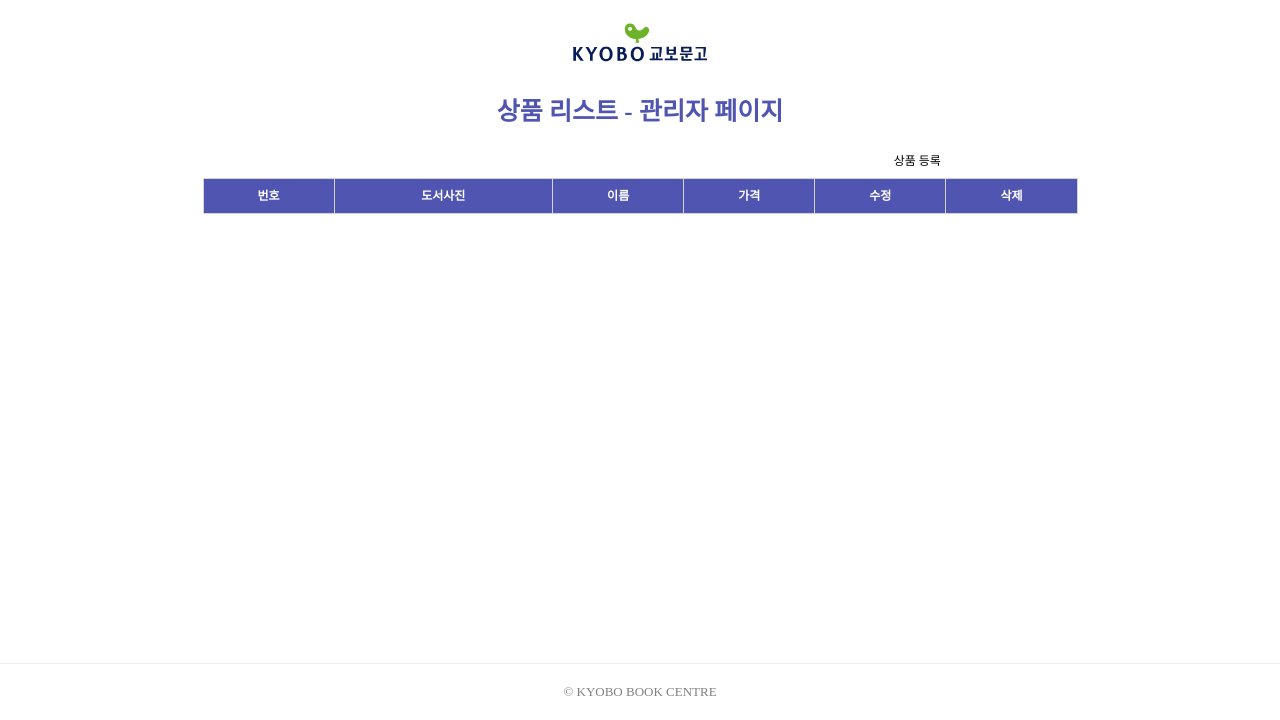
Repository: Yundanbi/Kyobo
Page: http://localhost/kyobo/productList.do
These files come from the project's save history. The page is drawn as it stood at one moment and after the next save; the edit follows.
The browser window is 1280 px wide. The pictures show the whole page.
The page is served by Tomcat 9. Queries for data that is not in the repository find no rows.

Above is the page before, as saved 2025-06-18 03:46:32.

After the next save:
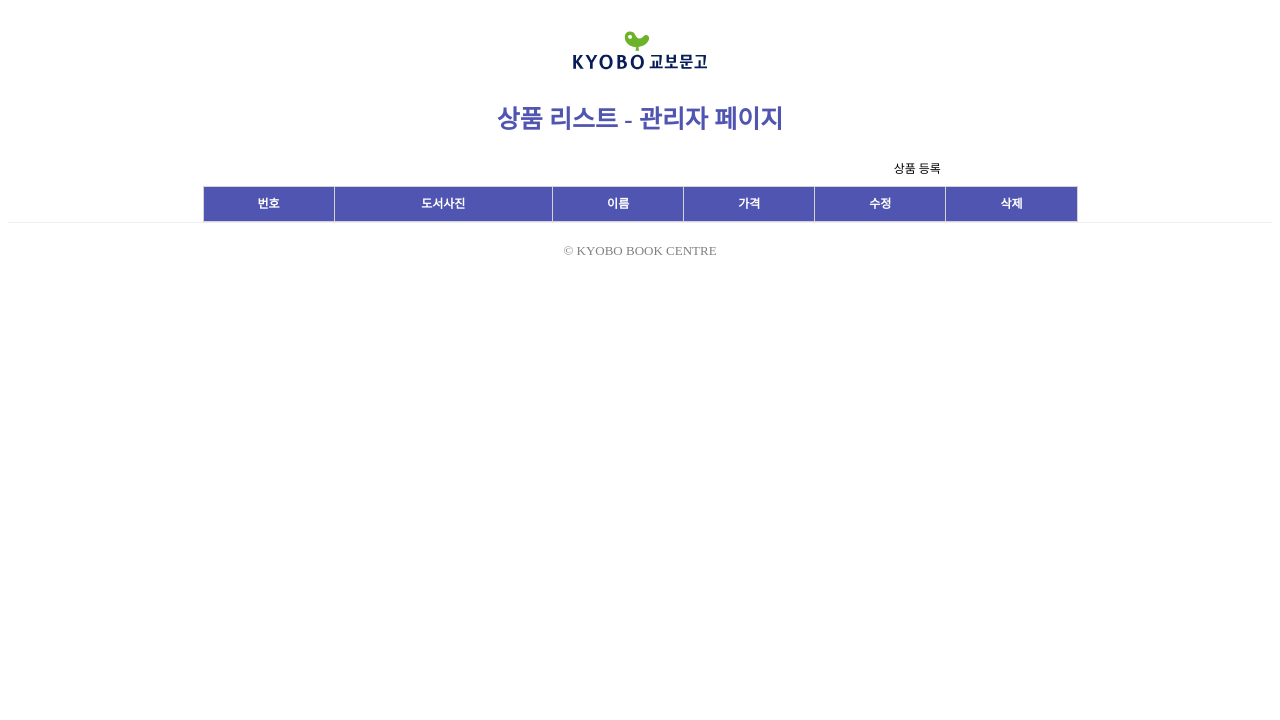
Saved 76 s later.
--- a/kyobo/src/main/webapp/book/productList.jsp
+++ b/kyobo/src/main/webapp/book/productList.jsp
@@ -7,19 +7,6 @@
 <meta charset="UTF-8">
 <title>책 관리</title>
 <style>
-html, body {
-	height: 100%;
-	margin: 0;
-}
-
-body {
-	display: flex;
-	flex-direction: column;
-}
-
-#wrap {
-	flex: 1;
-}
 
 .logo img {
 	height: 50px;
